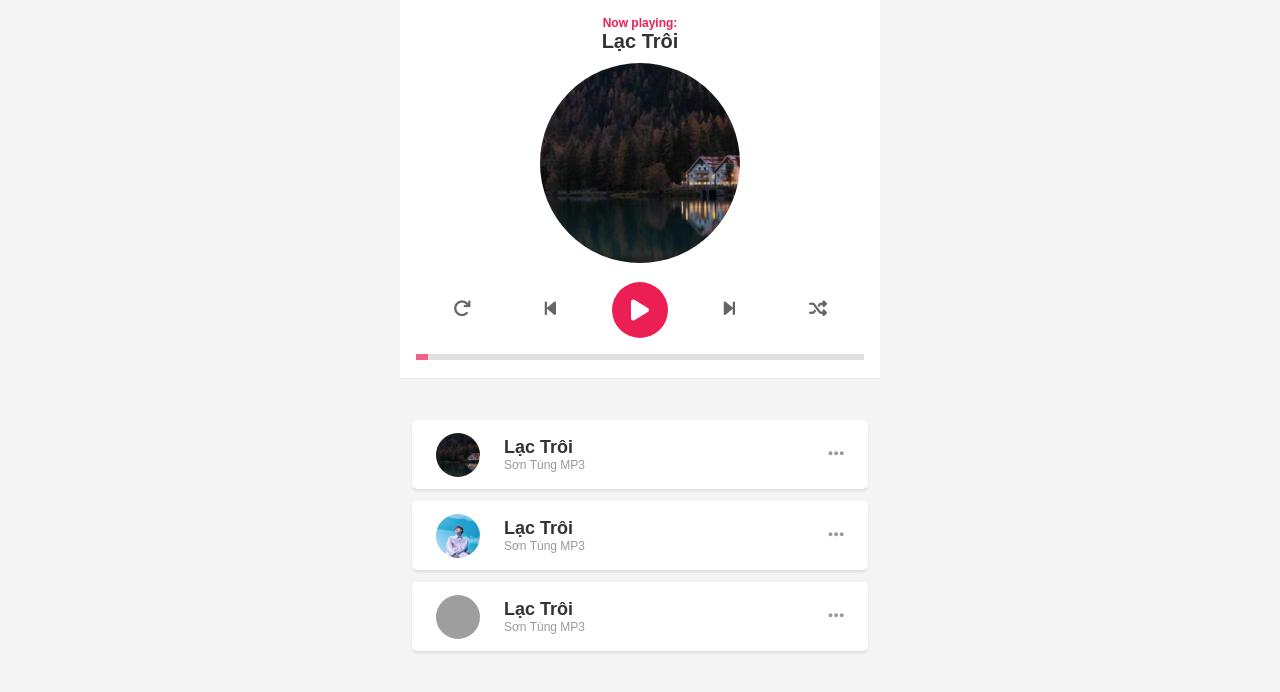
Repository: projectadmim/MyApp
Page: main.html
The author's editor kept a copy of each file at every save. The page is drawn from the files as they stood at one save, then again after a run of saves.
The browser window is 1280 px wide. The pictures show the whole page.
Pictures or frames that could not be fetched are drawn as grey boxes.

Above is the page before, as saved 2023-10-16 08:43:49.

### main.html
<!DOCTYPE html>
<html lang="en">
<head>
    <meta charset="UTF-8">
    <meta name="viewport" content="width=device-width, initial-scale=1.0">
    <title>Zing_MP3</title>
    <link rel="stylesheet" href="./assets/css/style.css">
    <link rel="stylesheet" href="./assets/icon/fontawesome-free-6.4.2/css/all.css">
</head>
<body>
  <div class="player">
    <!-- Dashboard -->
    <div class="dashboard">
      <!-- Header -->
      <header>
        <h4>Now playing:</h4>
        <h2>String 57th & 9th</h2>
      </header>

      <!-- CD -->
      <div class="cd">
        <div class="cd-thumb" style="background-image: url('./assets/img/cd/cd.jpg');">

        </div>
      </div>

      <!-- Control -->
      <div class="control">
        <div class="btn btn-repeat">
          <i class="fas fa-redo"></i>
        </div>
        <div class="btn btn-prev">
          <i class="fas fa-step-backward"></i>
        </div>
        <div class="btn btn-toggle-play">
          <i class="fas fa-pause icon-pause"></i>
          <i class="fas fa-play icon-play"></i>
        </div>
        <div class="btn btn-next">
          <i class="fas fa-step-forward"></i>
        </div>
        <div class="btn btn-random">
          <i class="fas fa-random"></i>
        </div>
      </div>

      <input id="progress" class="progress" type="range" value="0" step="1" min="0" max="100">

      <audio id="audio" src=""></audio>
    </div>

    <!-- Playlist -->
    <div class="playlist">
    </div>
  </div>
    <script src="./text.js"></script>
</body>
</html>

### assets/css/style.css
:root {
  --primary-color: #ec1f55;
  --text-color: #333;
}

* {
  padding: 0;
  margin: 0;
  box-sizing: inherit;
}

body {
  background-color: #f5f5f5;
}

html {
  box-sizing: border-box;
  font-family: "Poppins", sans-serif;
}

.player {
  position: relative;
  max-width: 480px;
  margin: 0 auto;
}

.player .icon-pause {
  display: none;
}

.player.playing .icon-pause {
  display: inline-block;
}

.player.playing .icon-play {
  display: none;
}

.dashboard {
  padding: 16px 16px 14px;
  background-color: #fff;
  position: fixed;
  top: 0;
  width: 100%;
  max-width: 480px;
  border-bottom: 1px solid #ebebeb;
}

/* HEADER */
header {
  text-align: center;
  margin-bottom: 10px;
}

header h4 {
  color: var(--primary-color);
  font-size: 12px;
}

header h2 {
  color: var(--text-color);
  font-size: 20px;
}

/* CD */
.cd {
  display: flex;
  margin: auto;
  width: 200px;
}

.cd-thumb {
  width: 100%;
  padding-top: 100%;
  border-radius: 50%;
  background-color: #333;
  background-size: cover;
  margin: auto;
}

/* CONTROL */
.control {
  display: flex;
  align-items: center;
  justify-content: space-around;
  padding: 18px 0 8px 0;
}

.control .btn {
  color: #666;
  padding: 18px;
  font-size: 18px;
}

.control .btn.active {
  color: var(--primary-color);
}

.control .btn-toggle-play {
  width: 56px;
  height: 56px;
  border-radius: 50%;
  font-size: 24px;
  color: #fff;
  display: flex;
  align-items: center;
  justify-content: center;
  background-color: var(--primary-color);
}

.progress {
  width: 100%;
  -webkit-appearance: none;
  height: 6px;
  background: #d3d3d3;
  outline: none;
  opacity: 0.7;
  -webkit-transition: 0.2s;
  transition: opacity 0.2s;
}

.progress::-webkit-slider-thumb {
  -webkit-appearance: none;
  appearance: none;
  width: 12px;
  height: 6px;
  background-color: var(--primary-color);
  cursor: pointer;
}

/* PLAYLIST */
.playlist {
  margin-top: 408px;
  padding: 12px;
}

.song {
  display: flex;
  align-items: center;
  margin-bottom: 12px;
  background-color: #fff;
  padding: 8px 16px;
  border-radius: 5px;
  box-shadow: 0 2px 3px rgba(0, 0, 0, 0.1);
}

.song.active {
  background-color: var(--primary-color);
}

.song:active {
  opacity: 0.8;
}

.song.active .option,
.song.active .author,
.song.active .title {
  color: #fff;
}

.song .thumb {
  width: 44px;
  height: 44px;
  border-radius: 50%;
  background-size: cover;
  margin: 0 8px;
}

.song .body {
  flex: 1;
  padding: 0 16px;
}

.song .title {
  font-size: 18px;
  color: var(--text-color);
}

.song .author {
  font-size: 12px;
  color: #999;
}

.song .option {
  padding: 16px 8px;
  color: #999;
  font-size: 18px;
}

### text.js
//các bước làm ra zingmp3

/**
 * 1.Render songs
 * 2.Scroll top
 * 3.play/pause/seek
 */
const $=document.querySelector.bind(document);
const $$=document.querySelectorAll.bind(document);
const playlist=$(".playlist");
const heading=$('header h2');
const cdthumb=$('.cd-thumb');
const audio=$('#audio');
const cd=$('.cd')
const playbtn=$('.btn-toggle-play')
const player=$('.player')
const progress=$('#progress')
const btn_next=$('.btn-next')
const btn_prev=$('.btn-prev')
const btn_random=$('.btn-random')
const btn_repeat=$('.btn-repeat')
const app={
  currenindex:0,
  isplaying:false,
  isRamdom:false,
  isRepeat:false,
     songs :[
        {
            name:"Lạc Trôi",
            singger:"Sơn Tùng MP3",
            path:"./assets/music/song2.mp3",
            image:'./assets/img/backimg.jpg'
        },
        {
            name:"Lạc Trôi",
            singger:"Sơn Tùng MP3",
            path:"./assets/music/song1-Anh.mp3",
            image:'./assets/img/cd/cd.jpg'
        }
        ,
        {
            name:"Lạc Trôi",
            singger:"Sơn Tùng MP3",
            path:"./assets/music/song1-Anh.mp3",
            image:'./assets/img/icon'
        }
     ],
     //render song
     render:function(){
        const htmls=this.songs.map(function(song,index){
            return `
            <div class="song ${index==this.currenindex}">
              <div class="thumb" style="background-image: url('${song.image}')">
              </div>
              <div class="body">
                <h3 class="title">${song.name}</h3>
                <p class="author">${song.singger}</p>
              </div>
              <div class="option">
                <i class="fas fa-ellipsis-h"></i>
              </div>
            </div>
            `
        })
        // $('.playlist').innerHTML=htmls.join('');
        playlist.innerHTML=htmls.join('');
     },
     defineProperty:function(){
      Object.defineProperty(this,'crrentSongs',{
        get:function(){
          return this.songs[this.currenindex]
        }
      })
     },

     //xử lí sự kiện trong app zing
     handleEvent:function(){
      //xử lý sự kiện quay
      const cdanimate=cdthumb.animate([
        {
          transform:'rotate(360deg)'
        }
      ]
      ,{
        duration:10000,
        iterations:Infinity
      })
      cdanimate.pause()
      const _this=this
      //scroll phong to thu nho
      const cdWidth = cd.offsetWidth;
      document.onscroll = function () {
        const scrollTop = window.scrollY || document.documentElement.scrollTop;
        const newCdWidth = cdWidth - scrollTop;
        cd.style.width = newCdWidth > 0 ? newCdWidth + "px" : 0;
        cd.style.opacity = newCdWidth / cdWidth;
        //xử lý sự kiện click play

     }
     playbtn.onclick=function(){
      if(_this.isplaying){
        audio.pause();

      }else{
        audio.play();
      }
    }
    //Xử lý khi tiến độ bài hát thay đổ
    audio.ontimeupdate=()=>{
      if(audio.duration){
        const progressPrecet=Math.floor(audio.currentTime/audio.duration*100)
        progress.value=progressPrecet
      }
    }
    //Xử lý sự kiện tua song
    progress.onchange=(e)=>{
      const seektime=audio.duration/100*e.target.value
      audio.currentTime=seektime
    }

    //xử lý sự kiện play
    audio.onplay=function(){
        _this.isplaying=true
        player.classList.add('playing')
        cdanimate.play()
      }
      //xu ly su kien pause
    audio.onpause=function(){
        _this.isplaying=false
        player.classList.remove('playing')
        cdanimate.pause();
      }
      //xu ly next songs
      btn_next.onclick=function(){
        if(_this.isRamdom){
          _this.ramdomSong()
        }else{
          _this.nextSong();
        }
        audio.play();
      }
      btn_prev.onclick=function(){
        if(_this.isRamdom){
          _this.ramdomSong()
        }else{
          _this.prverSong();
        }
        audio.play()
      }
      //ramdom bai hat
      btn_random.onclick=(e)=>{
        _this.isRamdom=! _this.isRamdom
          btn_random.classList.toggle('active', _this.isRamdom)
      }
      //xu ly next
      btn_repeat.onclick=(e)=>{
        _this.isRepeat = !_this.isRepeat;
        btn_repeat.classList.toggle('active', _this.isRepeat);
      }
      //xu ly next onended
      audio.onended=(e)=>{
        if(this.isRepeat){
          audio.play();
        }else{

          btn_next.click();
        }
      }
    },
     loadcrrentSongs:function(){
      heading.textContent=this.crrentSongs.name;
      cdthumb.style.backgroundImage=`url('${this.crrentSongs.image}')`
      audio.src=this.crrentSongs.path;
      // console.log(heading,cdthumb,audio);
     },
     //next song
     nextSong:function(){
        this.currenindex++;
        if(this.currenindex>=this.songs.length){
          this.currenindex=0;
        }
        this.loadcrrentSongs();
     },
     prverSong:function(){
      this.currenindex--;
      if(this.currenindex<0){
        this.currenindex=this.songs.length-1;
      }
      this.loadcrrentSongs();
   },
   ramdomSong:function(){
      let ramdomsong
      do {
        ramdomsong=Math.floor(Math.random()*this.songs.length)
      } while (ramdomsong===this.songs.length);
      this.currenindex=ramdomsong;
      this.loadcrrentSongs();
   },
     stars:function(){
      //định nghĩa  các thuộc tihs trong oject
      this.defineProperty()
      //dom event
      this.handleEvent();
      //load bai dau tien
      this.loadcrrentSongs()
      //render playlist
        this.render();
     }
}
app.stars();

Loaded but not shown: assets/icon/fontawesome-free-6.4.2/css/all.css (library)

After the next 2 saves:
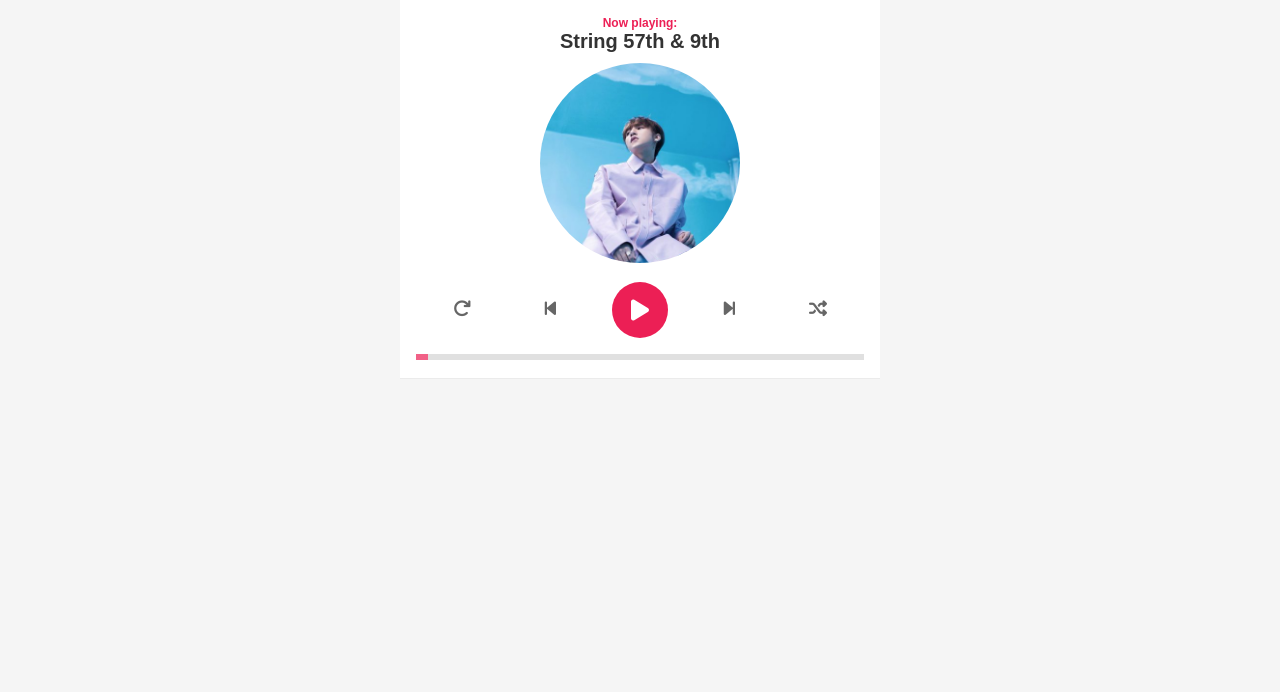
Console error: SyntaxError: Unexpected token '}'
The 2 saves are shown as one change because they came seconds apart.
The last was saved 6 s later.
--- a/text.js
+++ b/text.js
@@ -49,7 +49,7 @@
      render:function(){
         const htmls=this.songs.map(function(song,index){
             return `
-            <div class="song ${index==this.currenindex}">
+            <div class="song ${index==this.currenindex?''}">
               <div class="thumb" style="background-image: url('${song.image}')">
               </div>
               <div class="body">

After the 6 saves that followed:
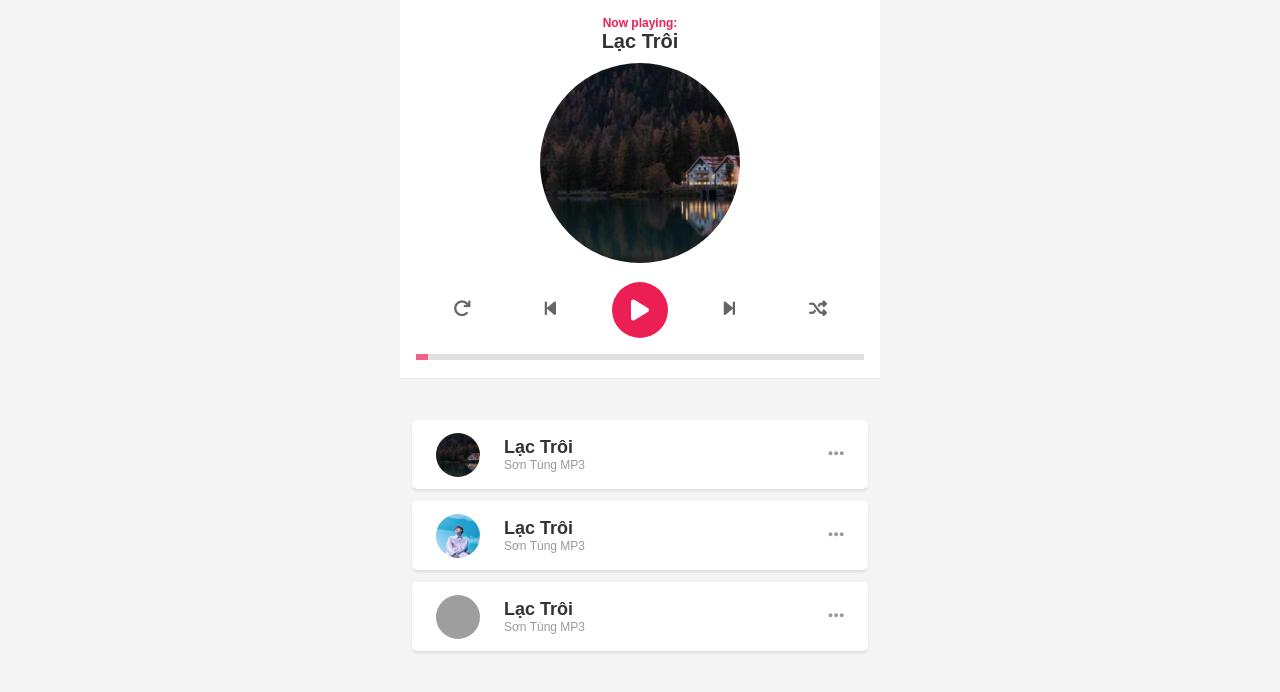
The error is gone.
The 6 saves are shown as one change because 1 left the picture as it was and some came seconds apart.
The last was saved 29 s later.
--- a/text.js
+++ b/text.js
@@ -49,7 +49,7 @@
      render:function(){
         const htmls=this.songs.map(function(song,index){
             return `
-            <div class="song ${index==this.currenindex?''}">
+            <div class="song ${index==this.currenindex?'active':''}">
               <div class="thumb" style="background-image: url('${song.image}')">
               </div>
               <div class="body">
